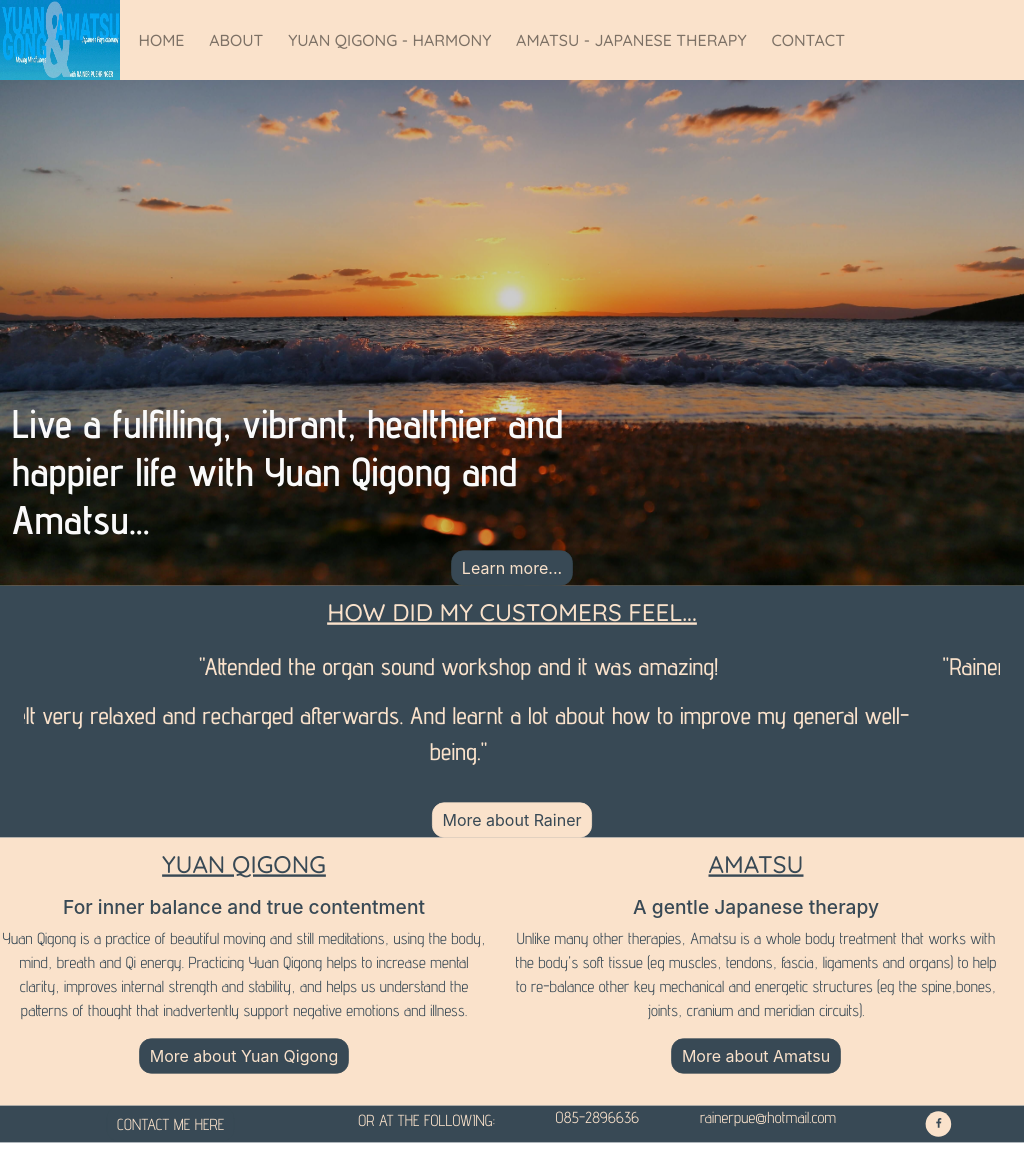
Repository: rainerpue/practitioner_website
Page: index.html
The author's editor kept a record of every edit. The page is drawn from the files as they stood at one moment, then again after the next edit.
The browser window is 1280 px wide. The page is 1295 px wide, so the pictures cover 1295 px, including what lies to the right of the window. The pictures show the whole page, at 80% of full size.
Backgrounds fixed to the window are drawn as part of the page. Some web libraries are served in a nearby version.

Above is the page before.

### index.html
<!DOCTYPE html>
<html lang="en">

<head>
    <meta charset="UTF-8">
    <meta name="viewport" content="width=device-width, initial-scale=1.0">
    <meta http-equiv="X-UA-Compatible" content="ie=edge">
    <meta name="description" content="Home page | Rainer Puehringer, Find your Energy flow">
    <meta name="keywords" content="qigong, amatsu, therapy, energy flow, body balance, harmony, Japanese therapy, yuan gong, ireland">
    <meta name="author" content="Rainer Puehringer">
    <!-- style links -->
    <link rel="stylesheet" href="https://stackpath.bootstrapcdn.com/bootstrap/4.3.1/css/bootstrap.min.css" type="text/css" />
    <link rel="stylesheet" href="https://stackpath.bootstrapcdn.com/font-awesome/4.7.0/css/font-awesome.min.css" type="text/css" />

    <!-- link to my css file comes after to make sure it render over bootstrap style -->
    <link rel="stylesheet" href="assets/css/style.css" type="text/css" />

    <title>Rainer Puehringer, Find your Energy flow with Yuan Qigong and Amatsu</title>

</head>

<body>
    <!-- navbar and logo -->
    <!-- blue background will only show on bigger screens, set to transparent for mobile device -->
    <nav class="navbar navbar-expand-md fixed-top navbar-light nav-coral">
        <!-- logo -->
        <a href="index.html" class="navbar-brand logo">
            <img src="assets/images/logo.jpeg" width="150" height="100" alt="logo">
        </a>
        <!-- button for smaller devices -->
        <button class="navbar-toggler" type="button" data-toggle="collapse" data-target="#burger" aria-controls="burger" aria-expanded="false" aria-label="Toggle navigation">
    <span class="fa fa-bars"></span>
  </button>
        <!-- navigation items which drop down vertically from burger icon in smaller devices -->
        <div class="collapse navbar-collapse" id="burger">
            <ul class="navbar-nav mr-auto text-uppercase">
                <li class="nav-item">
                    <a class="nav-link" href="index.html">Home</a>
                </li>
                <li class="nav-item">
                    <a class="nav-link" href="about.html">About</a>
                </li>
                <li class="nav-item">
                    <a class="nav-link" href="index.html">Yuan Qigong - Harmony</a>
                </li>
                <li class="nav-item">
                    <a class="nav-link" href="index.html">Amatsu - Japanese Therapy</a>
                </li>
                <li class="nav-item">
                    <a class="nav-link" href="index.html">Contact</a>
                </li>
            </ul>
        </div>
    </nav>

    <!-- end navbar -->


    <!-- home image overlay -->
<main>
    <div class="home-image">
        <div class="opaque-overlay">&nbsp;</div>
        <div class="container-fluid">
            <div class="row">
                <div class="col-12">
                    <h1 class="attention">Live a fulfilling, vibrant, healthier and happier life with Yuan Qigong and Amatsu...</h1>
                </div>
            </div>
        </div>
        <div class="container-fluid">
            <div class="row text-center">
                <div class="col-12">
                    <a class="btn btn--gal btn--grey" href="#intro">Learn more...</a>
                </div>
            </div>
        </div>
    </div>

    <!-- testimonials in a carrousel -->
    <section class="bg-grey">
        <div class="row">
            <div class="col text-center">
                <h3 class="text-uppercase">How did my customers feel...</h3>
            </div>
        </div>
        <div id="carouselExampleControls" class=" carousel slide" data-ride="carousel">
            <div class="carousel-inner col-12">
                <div class="carousel-item active" data-interval="40000">
                    <blockquote class="d-block w-100 color-slide">"Attended the organ sound workshop and it was amazing!</blockquote>
                    <blockquote class="d-block w-100 color-slide">Felt very relaxed and recharged afterwards. And learnt a lot about how to improve my general well-being."</blockquote>
                </div>
                <div class="carousel-item" data-interval="40000">
                    <blockquote class="d-block w-100 color-slide">"Rainer has a deep knowledge on the working of the human body and his Amatsu sessions are great at dealing with the route cause of your pains and ailments.</blockquote>
                    <blockquote class="d-block w-100 color-slide">I highly recommend him"</blockquote>
                </div>
                <div class="carousel-item " data-interval="40000 ">
                    <blockquote class="d-block w-100 color-slide">"Had an Amatsu session with Rainer who quickly and reliably identified sources of my posture problems, which caused me trouble for many many years.</blockquote>
                    <blockquote class="d-block w-100 color-slide">A great feeling!"</blockquote>
                </div>
            </div>
        </div>
        <div class="container-fluid">
            <div class="row text-center">
                <div class="col-12">
                    <a class="btn btn--gal btn--coral" href="about.html">More about Rainer</a>
                </div>
            </div>
        </div>
    </section>

    <!-- brief introduction section -->

    <section class="intro bg-coral" id="intro">
        <div class="row intro">
            <div class="col-12 col-md-6 text-center">
                <h3 class="text-uppercase">Yuan Qigong</h3>
                <h4 class="color-intro">For inner balance and true contentment</h4>
                <p class="content-intro">Yuan Qigong is a practice of beautiful moving and still meditations, using the body, mind, breath and Qi energy. Practicing Yuan Qigong helps to increase mental clarity, improves internal strength and stability, and helps us understand
                    the patterns of thought that inadvertently support negative emotions and illness.</p>

                <div class="row text-center">
                    <div class="col-12">
                        <a class="btn btn--gal btn--grey" href="#">More about Yuan Qigong</a>
                    </div>
                </div>
            </div>
            <hr class="section-divider">
            <div class="col-12 col-md-6 text-center">
                <h3 class="text-uppercase  color-intro">Amatsu</h3>
                <h4 class="color-intro">A gentle Japanese therapy</h4>
                <p class="content-intro">Unlike many other therapies, Amatsu is a whole body treatment that works with the body's soft tissue (eg muscles, tendons, fascia, ligaments and organs) to help to re-balance other key mechanical and energetic structures (eg the spine,bones,
                    joints, cranium and meridian circuits).</p>
                <div class="row text-center">
                    <div class="col-12">
                        <a class="btn btn--gal btn--grey" href="#">More about Amatsu</a>
                    </div>
                </div>
            </div>
        </div>
    </section>
</main>
    <!-- footer -->

    <footer>
        <div class="container-fluid bg-grey">
            <div class="row footer-row">
                <div class="col-12 col-md-4 footer-contact">
                    <a class="btn btn--gal btn--grey text-uppercase" href="#">Contact Me Here</a>
                </div>
                <div class="col-12 col-md-2 footer-contact">
                    <h5 class="text-uppercase">or at the following:</h5>
                </div>
                <div class="col-12 col-md-2 footer-contact">
                    <p>085-2896636</p>
                </div>
                <div class="col-12 col-md-2 footer-contact">
                    <p>rainerpue@hotmail.com</p>
                </div>
                <div class="col-12 col-md-2 footer-contact">
                    <a class="socialmedia" href="https://www.facebook.com/YuanGongandAmatsuwithRainer/" target="_blank">
                    <i class="fa fa-facebook"></i>
                    <span class="sr-only">Facebook</span>
                    </a>
                </div>
            </div>
        </div>
    </footer>

    <script src="https://code.jquery.com/jquery-3.2.1.slim.min.js " integrity="sha384-KJ3o2DKtIkvYIK3UENzmM7KCkRr/rE9/Qpg6aAZGJwFDMVNA/GpGFF93hXpG5KkN " crossorigin="anonymous "></script>
    <script src="https://cdnjs.cloudflare.com/ajax/libs/popper.js/1.12.9/umd/popper.min.js " integrity="sha384-ApNbgh9B+Y1QKtv3Rn7W3mgPxhU9K/ScQsAP7hUibX39j7fakFPskvXusvfa0b4Q " crossorigin="anonymous "></script>
    <script src="https://maxcdn.bootstrapcdn.com/bootstrap/4.0.0/js/bootstrap.min.js " integrity="sha384-JZR6Spejh4U02d8jOt6vLEHfe/JQGiRRSQQxSfFWpi1MquVdAyjUar5+76PVCmYl " crossorigin="anonymous "></script>
</body>

</html>

### assets/css/style.css
@import url('https://fonts.googleapis.com/css?family=Advent+Pro:100,200,300,400,500,600,700|Quicksand:300,400,500,700|Poppins:100,200,300,400,500,600,700,800');

body {}

/*-----------------------------------------Colour */

.nav-coral {
    background-color: transparent;
}

.bg-grey {
    background-color: #384955;
    color: #FAE2CB;
}

.bg-coral {
    background-color: #FAE2CB;
    color: #384955;
}


/*-----------------------------------------Special paddings/margins/texts */

.container-fluid {
    padding: 0;
    margin: 0;
}

.text-uppercase {
    text-transform: uppercase;
}

.text-center {
    text-align: center;
    margin: 0;
}

h3 {
    padding: 15px 0 15px;
    font-family: "Quicksand", sans-serif;
    font-weight: 500;
    font-size: 30px;
    text-decoration: underline;
}

a {
    text-decoration: none;
    cursor: pointer;
}

.section-column {
    display: table-cell;
    padding: 0 30px 0;
    float: none;
}

/*-----------------------------------------buttons */

.btn:hover {
    color: #fafafa;
    text-decoration: none;
}

.btn--gal {
    margin-bottom: 0;
    margin-top: 0;
    border-radius: 15px;
    font-size: 20px;
    text-decoration: none;
    cursor: pointer;
}

.btn--grey {
    background-color: #384955;
    border-color: #384955;
    color: #FAE2CB;
}

.btn--grey:hover {
    color: #FF8863;
}

.btn--coral {
    background-color: #FAE2CB;
    border-color: #FAE2CB;
    color: #384955;
}

.btn--coral:hover {
    color: #87B0CD;
}

.btn--footer {
    color: #FAE2CB;
}

/*-----------------------------------------section divider */

.section-divider {
    width: 75px;
    height: 5px;
    border: 0;
    background-color: #fafafa;
}


/*-----------------------------------------logo */

.logo {
    display: inline-block;
    padding: 0;
    margin: 0;
    line-height: inherit;
    white-space: nowrap;
    background-position: center;
    background-repeat: no-repeat;
    transition: all .5s ease-in-out;
    -moz-transition: all .5s ease-in-out;
    -webkit-transition: all .5s ease-in-out;
}

/*-----------------------------------------burger icon */

.fa-bars {
    font-size: 30px;
    padding: 5px;
}

.navbar-light .navbar-toggler {
    border-color: rgba(0, 0, 0, .3);
    margin-right: 15px;
}

/*-----------------------------------------nav */

.navbar {
    padding: 0;
    text-align: center;
    overflow: auto;
}

.navbar-collapse {
    background-color: #FAE2CB
    }

.nav-item {
    padding-left: 15px;
}

.nav-item a {
    color: #384955;
    font-family: "Quicksand", sans-serif;
    font-weight: 500;
    font-size: 20px;
    transition: background-color .2s ease-in-out, color .2s ease-in-out;
}

.nav-item a:hover {
    color: #FAE2CB!important;
    background-color: #384955;
}

/*-----------------------------------------full background image with attention */

.home-image {
    min-height: 95vh;
    align-items: center;
    position: relative;
    background: url(../images/home-image.jpg) no-repeat center center fixed;
    -webkit-background-size: cover;
    -moz-background-size: cover;
    -o-background-size: cover;
    background-size: cover;
    padding-top: 100px;
}

.opaque-overlay {
    position: absolute;
    top: 0;
    left: 0;
    height: 100%;
    width: 100%;
    background: rgba(0, 0, 0, 0.2);
}

.attention {
    width: 80%;
    color: #fafafa;
    font-family: "Advent Pro", sans-serif;
    font-size: 40px;
    font-weight: 600;
    padding-left: 15px;
    padding-top: 200px;
}

/*-----------------------------------------testimonials in carrousel */

.testimonials {
    padding-bottom: 20px;
}

.slide {
    position: relative;
    display: flex;
    align-items: center;
    min-height: 30vh;
    text-align: center;
    padding: 5px 30px;
    margin-bottom: 20px
}

blockquote {
    width: 80px;
    font-family: "Advent Pro", sans-serif;
    font-weight: 500;
    font-size: 30px;
}

/*-----------------------------------------home intro section */

.intro {
    width: 100%;
    padding: 0;
    padding-bottom: 20px;
    min-height: 20vh;
}

.content-intro {
    font-family: "Advent Pro", sans-serif;
    font-size: 20px;
    font-weight: 400;
    margin-bottom: 20px;
}

/*-----------------------------------------footer */

.footer-row {
    padding: 0 15px;
    text-align: center;
    margin-bottom: 20px;
}

.footer-contact {
    font-family: "Advent Pro", sans-serif;
    text-align: center;
    align-items: center;
    justify-content: center;
    color: #FAE2CB;
    padding: 0;
    margin: 0;
}

.footer-contact p {
    font-weight: 400;
    font-size: 20px;

}

.footer-contact h5 {
    font-weight: 400;
    font-size: 20px;
    }

.socialmedia i {
    width: 32px;
    height: 32px;
    padding: 12px 0;
    border-radius: 50%;
    font-size: 13px;
    line-height: 7px;
    text-align: center;
    color: #384955;
    background: #FAE2CB;
    transition: all 0.35s ease-in-out;
    -moz-transition: all 0.35s ease-in-out;
    -webkit-transition: all 0.35s ease-in-out;
    -o-transition: all 0.35s ease-in-out;
}

.social-links i:hover {
    background: #e84610;
}

/*-----------------------------------------about page */

.about-image {
    min-height: 30vh;
    background: url(../images/about-image.jpg);
    -webkit-background-size: 100% 100%;
    -moz-background-size: 100% 100%;
    -o-background-size: 100% 100%;
    background-size: 100% 100%;
    width: 100vw;
    background-repeat: no-repeat;
    position: relative;
}

.about-intro {
    padding: 10px 0 20px;
}

.about-sm-img {
    position: relative;
    align-items: center;
}

.about-content {
    min-height: 25vh;
    position: relative;
    display: flex;
    text-align: center;
    padding: 5px 30px;
    line-height: 200%;
    font-family: "Advent Pro", sans-serif;
    font-size: 20px;
    font-weight: 400;
}

.timeline {
    margin: 0;
}

.timeline-item {
    padding: 4em 2em 0em 2em;
    position: relative;
    color: #384955;
    border-left: 1px solid;
    font-family: "Advent Pro", sans-serif;
}

.timeline-item p {
    padding: 0;
    margin: 0;
}

.timeline-item:before {
    content: attr(data-dates);
    position: absolute;
    left: 2.5em;
    top: 3em;
    display: block;
    font-family: "Advent Pro", sans-serif;
    font-weight: 500;
    font-size: 0.8em;
    padding: 0;
    margin: 0;
}

.timeline-item:after {
    width: 12px;
    height: 12px;
    display: block;
    position: absolute;
    top: 2.4em;
    left: -6px;
    border-radius: 12px;
    content: "";
    background-color: #384955;
}

.history-items {
    margin: 0 0 30px;
}

/*-----------------------------------------media queries */

/*-----------------------------------------media query to add navbar color background color on bigger screens */

@media (min-width: 768px) {
    .nav-coral {
        background-color: #FAE2CB;
    }
}

@media (min-width: 768px) {
    .attention {
        padding-top: 400px;
        width: 60%;
        font-size: 50px;
    }
}

@media (min-width: 768px) {
    .slide {
        min-height: 20vh;
    }
}

@media (min-width: 768px) {
    .section-divider {
        width: 0px;
        height: 0px;
        border: 0;
    }
}

@media (min-width: 768px) {
    .footer-contact {
        display: flex;
    }
}

@media (min-width: 768px) {
    .footer-contact h5 p a {
        padding-left: 15px;
    }
}

@media (min-width: 768px) {
.section-column {
    padding: 0 50px 0;
    }

After the next edit:
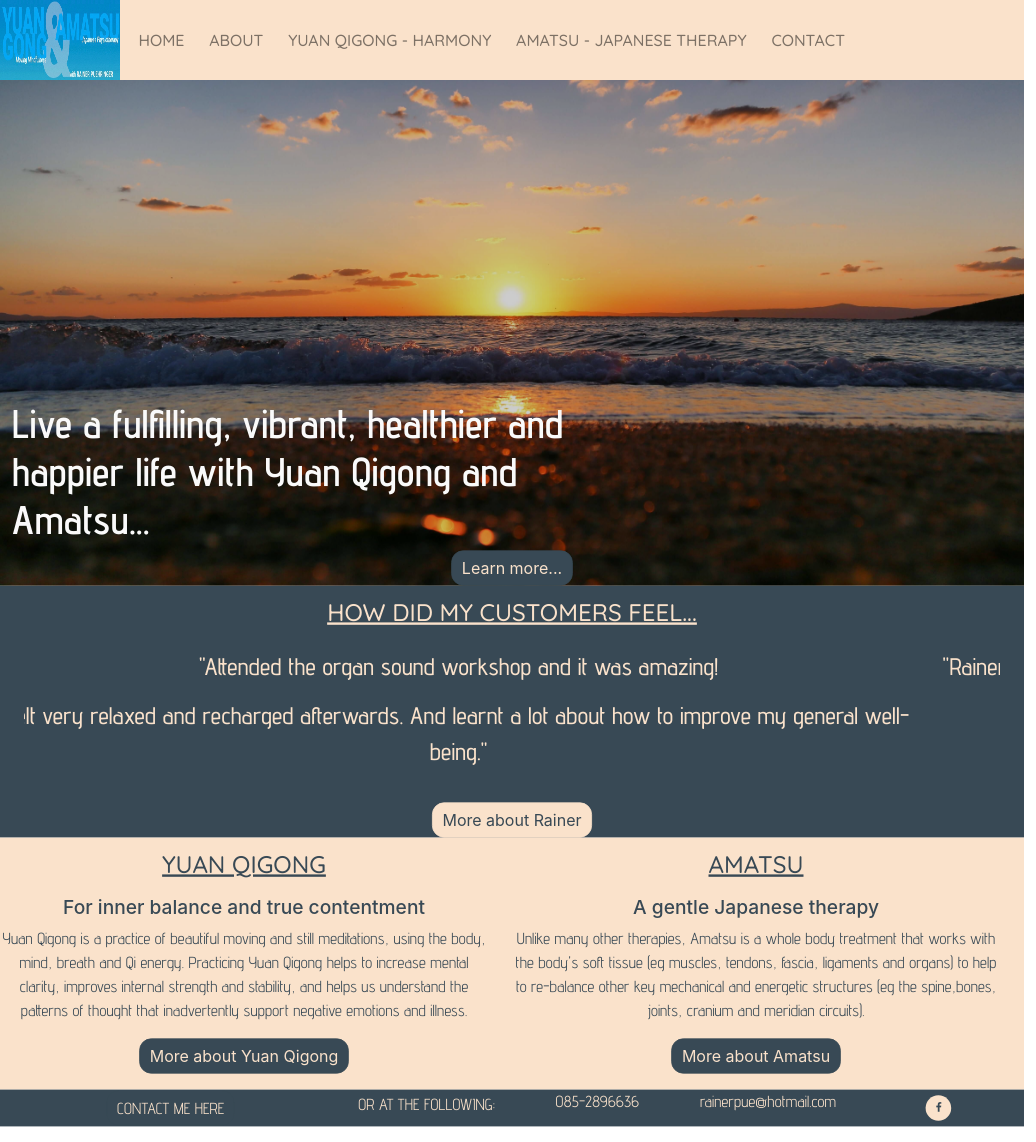
The edit:
--- a/index.html
+++ b/index.html
@@ -110,7 +110,7 @@
 
     <!-- brief introduction section -->
 
-    <section class="intro bg-coral" id="intro">
+    <section class="bg-coral" id="intro">
         <div class="row intro">
             <div class="col-12 col-md-6 text-center">
                 <h3 class="text-uppercase">Yuan Qigong</h3>
